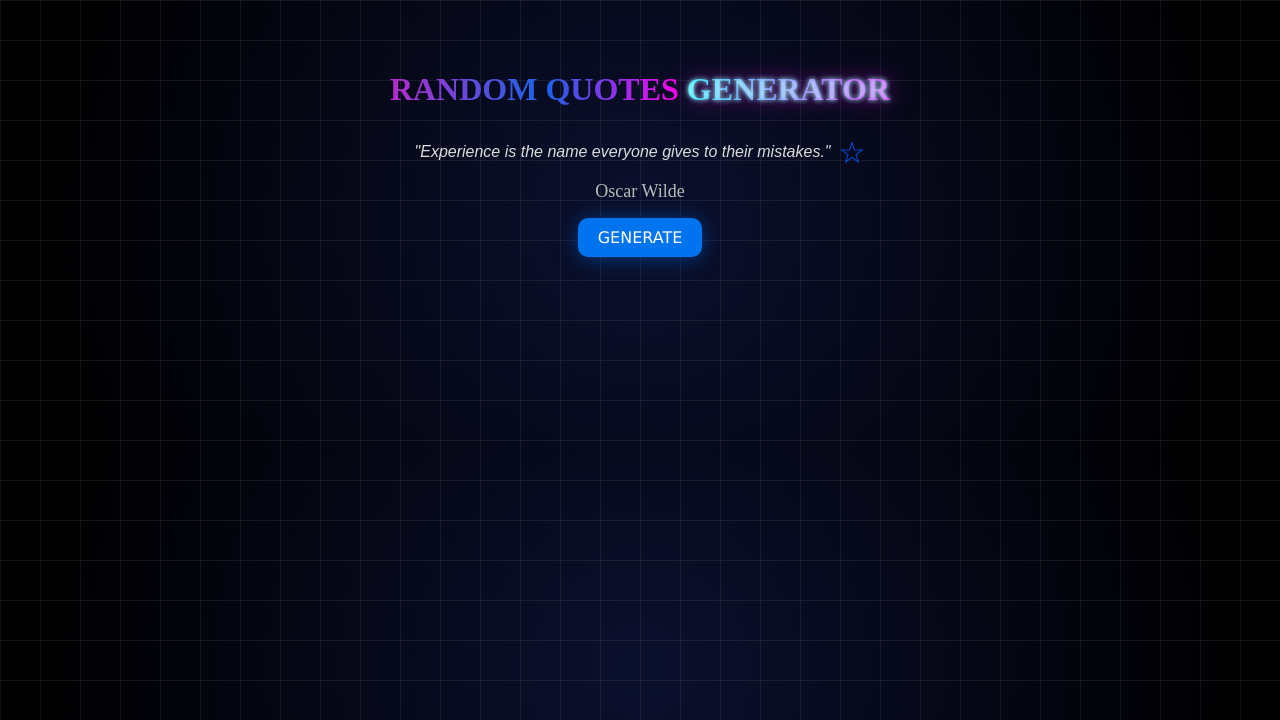
Repository: Adel-la/random-quotes
Page: index.html
These files come from the project's save history. The page is drawn as it stood at one moment and after the next save; the edit follows.
The browser window is 1280 px wide. The pictures show the whole page.

Above is the page before, as saved 2025-06-26 23:26:56.

After the next save:
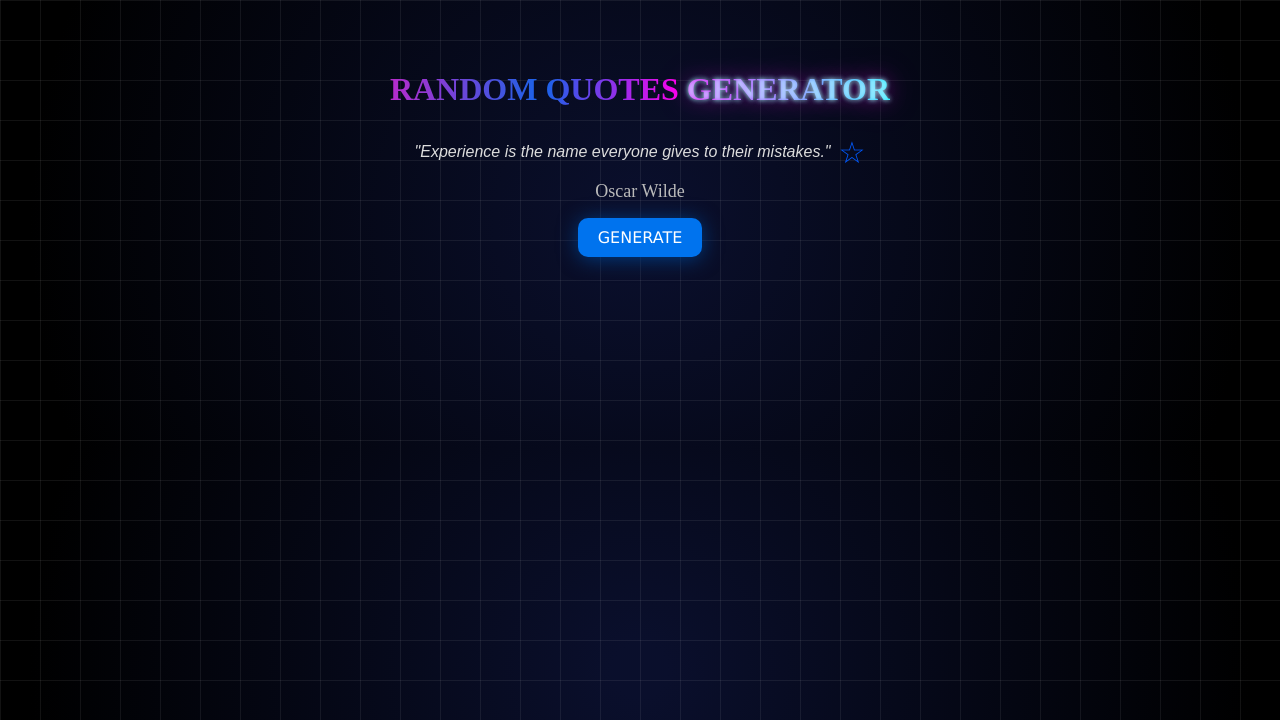
Saved 99 min 40 s later.
--- a/styles.css
+++ b/styles.css
@@ -194,6 +194,17 @@ body::before {
     0 0 5px rgba(0, 255, 255, 0.5),
     0 0 20px rgba(255, 0, 255, 0.5),
     0 0 40px rgba(255, 0, 255, 0.3);
+    background: linear-gradient(
+    90deg,
+    #ff00ff,
+    #00ffff,
+    #ff00ff
+  );
+  background-size: 200% auto;
+  background-clip: text;
+  -webkit-background-clip: text;
+  color: transparent;
+  animation: waveMove 3s linear infinite;
 }
 
 .h1-title{
